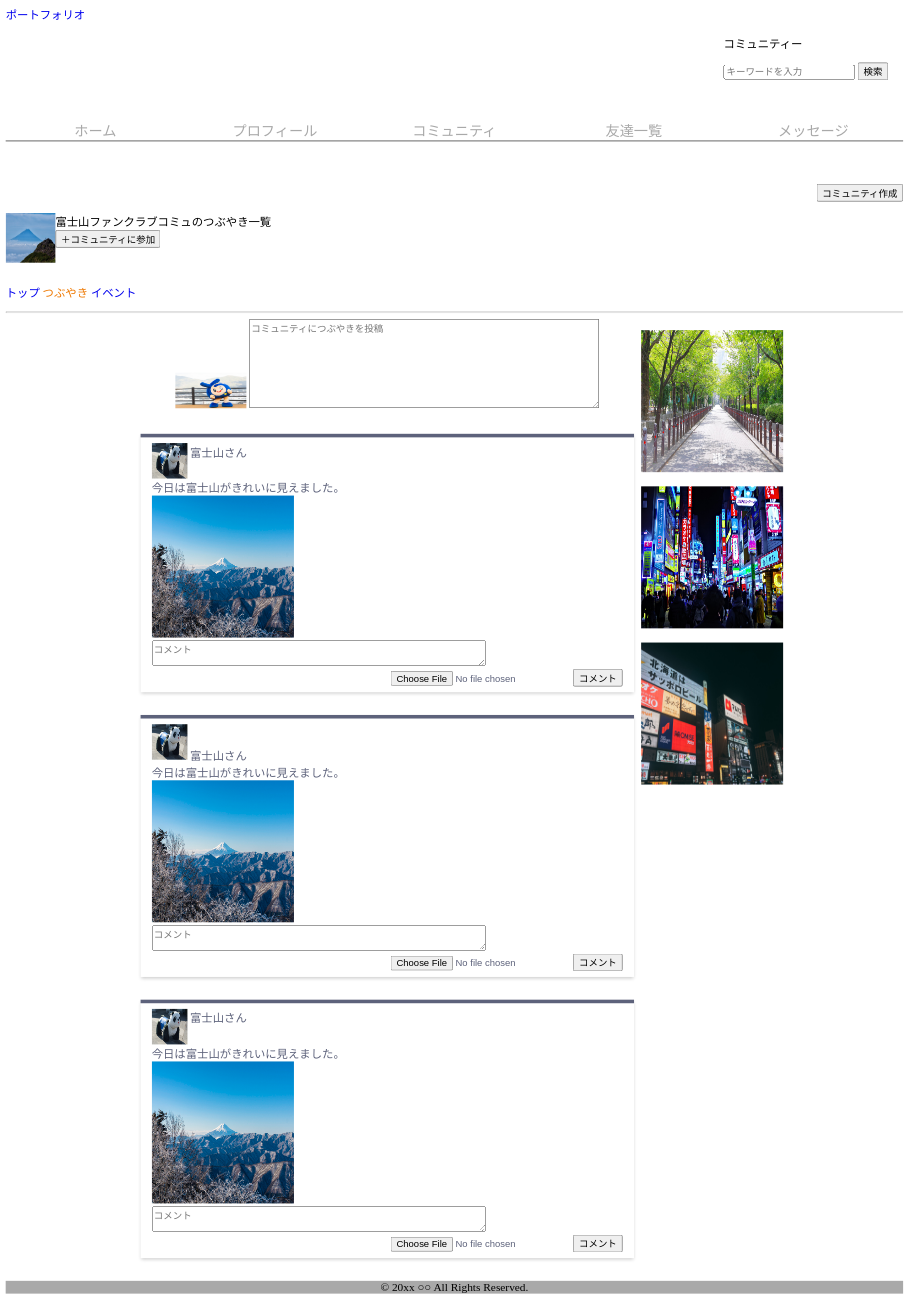
Repository: yuukiabc/samurai_PHP
Page: CMT.html
The author's editor kept a record of every edit. The page is drawn from the files as they stood at one moment, then again after the next edit.
The browser window is 1280 px wide. The pictures show the whole page, at 71% of full size.

Above is the page before.

### CMT.html
<!DOCTYPE html>
<html>
    <head><meta charset="UTF-8">
        <title>sns</title>
        <link rel="stylesheet"type="text/css"href="CMT.css">
    </head>
    <body>

            <div class="f">
                <a href="HP.html">ポートフォリオ</a>
                <div class="e">
                    <p>コミュニティー</p>
                    <input type="search" name="search" placeholder="キーワードを入力">
                    <input type="submit" name="submit" value="検索">
                </div>
            </div>

            <div class="d">
                <ul>
                    <li><a href="HP.html">ホーム</a></li>
                    <li><a href="PF.html">プロフィール</a></li>
                    <li><a href="CM.html">コミュニティ</a></li>
                    <li><a href="Friends list.html">友達一覧</a></li>
                    <li><a href="message.html">メッセージ</a></li>
                </ul>
            </div>
            <div class="menu"></div>
            <div class="h">
            <div align='right'class="i">
                <input type="submit" value="コミュニティ作成">
            </div>
            <p>
                <img src="1.jpg"alt="写真"width="70" height="70"align="left">
                富士山ファンクラブコミュのつぶやき一覧<br>
                <button type=“button” onclick="location.href='#'">＋コミュニティに参加</button>
            </p>
            <br clear="left">
            <p>
                <a href="CMTP.html">トップ</a><a href="CMT.html"><span> つぶやき</span></a><a href="CMI.html"> イベント</a>
            </p>
            <hr>
            <div class="c">
            <form class="photo" action="cgi-bin/formmail.cgi" method="post">
                <img src="20.jpg" alt="画像"width="100" height="50">
                <textarea id="comment" name="comment"placeholder="コミュニティにつぶやきを投稿"rows="8"></textarea>

            </form>
            <div class="kakomi-box8">
                <img src="3.jpg"alt="写真"width="50" height="50"align="top">
                富士山さん
                <p>今日は富士山がきれいに見えました。</p>
                <img src="4.jpg"alt="写真"width="200" height="200">
                <textarea id="comment" name="comment"placeholder="コメント"rows="2"></textarea>
                <div align='right'>
                    <input type="file" name="example1"></input>
                    <input type="submit" value="コメント"></input>
                </div>
            </div>
            <div class="kakomi-box8">
                <img src="3.jpg"alt="写真"width="50" height="50">
                富士山さん
                <p>今日は富士山がきれいに見えました。</p>
                <img src="4.jpg"alt="写真"width="200" height="200">
                <textarea id="comment" name="comment"placeholder="コメント"rows="2"></textarea>
                <div align='right'>
                    <input type="file" name="example1"></input>
                    <input type="submit" value="コメント"></input>
                </div>
            </div>
            <div class="kakomi-box8">
                <img src="3.jpg"alt="写真"width="50" height="50"align="top">
                富士山さん
                <p>今日は富士山がきれいに見えました。</p>
                <img src="4.jpg"alt="写真"width="200" height="200">
                <textarea id="comment" name="comment"placeholder="コメント"rows="2"></textarea>
                <div align='right'>
                    <input type="file" name="example1"></input>
                    <input type="submit" value="コメント"></input>
                </div>
            </div>
            </div>
            <div class="a">
                <p>
                    <img src="8.jpg"alt="写真">
                </p>
                <p>
                    <img src="9.jpg"alt="写真">
                </p>
                <p>
                    <img src="10.jpg"alt="写真">
                </p>
            </div>
        </div>
        <div class="g">
            <p>&copy; 20xx ○○ All Rights Reserved.</p>
        </div>
    </body>
</html>

### CMT.css
span{
    color:#ee7800;
}
a {
text-decoration: none;
}
input[type="text"],
textarea {
    width: 70%;
}
.kakomi-box8{
    padding: 0.5em 1em;
    margin: 2em 0;
    color: #5d627b;
    background: white;
    border-top: solid 5px #5d627b;
    box-shadow: 0 3px 5px rgba(0, 0, 0, 0.22);
}
.kakomi-box8 p {
    margin: 0;
    padding: 0;
}
.f{

    height:150px;
}
.e{
    margin-left:80%;
}
.d{
    align-content: center;
    width: 100%;
    display: block;
    margin-left: auto;
    margin-right: auto;
    overflow: hidden;

}
.d ul{
    list-style-type:none;
    padding:0;
    margin:0;
}
.d ul li{
    float: left;
    text-align:center;
    width:20%;
}
.d ul li a{

    display:block;
    height:20px;
    padding:10px;
    text-decoration: none;
    color:#a9a9a9;
    font-size:20px;
    margin:0;
}
.d ul li a:hover{
    filter:drop-shadow(10px 10px 10px black);
}
.menu{
    border-top: 1px solid #2b2b2b;
}
.h{
    overflow: hidden;

}
.a{
    height:100%;
    width:15%;
    float:left;
    padding-left:10px;
    box-sizing: border-box;
}
.a img{
    height:200px;
    width:200px;
}
.g{
    background-color:#a9a9a9;
    text-align:center;
}
.g p{
    margin:0;
}
.c{
    height:100%;
    width:55%;
    float:left;

    padding-left:15%;
}
.c form{
    text-align:center;
}
.i{
    padding-top:60px;
}

After the next edit:
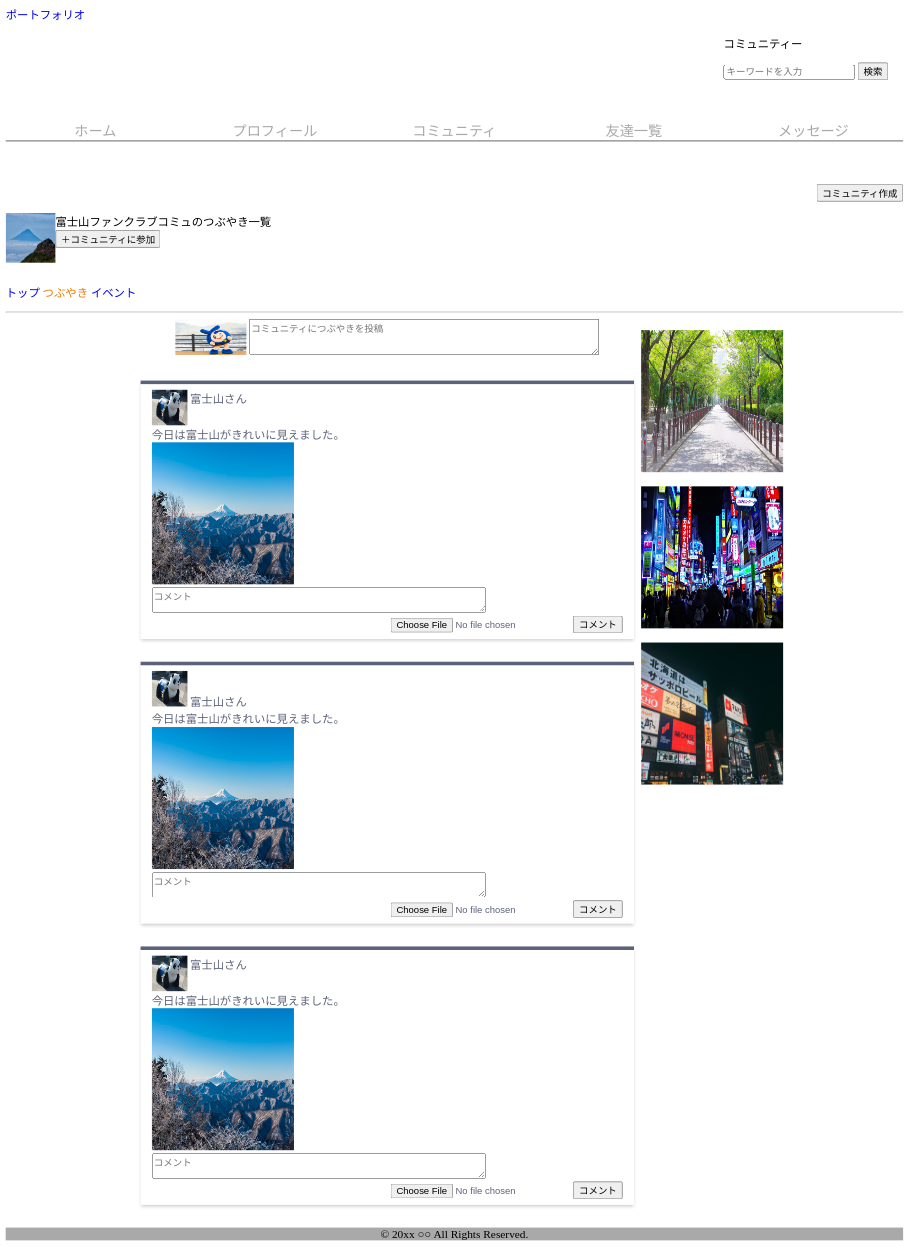
The edit:
--- a/CMT.html
+++ b/CMT.html
@@ -42,7 +42,7 @@
             <div class="c">
             <form class="photo" action="cgi-bin/formmail.cgi" method="post">
                 <img src="20.jpg" alt="画像"width="100" height="50">
-                <textarea id="comment" name="comment"placeholder="コミュニティにつぶやきを投稿"rows="8"></textarea>
+                <textarea id="comment" name="comment"placeholder="コミュニティにつぶやきを投稿"rows="3"></textarea>
 
             </form>
             <div class="kakomi-box8">
